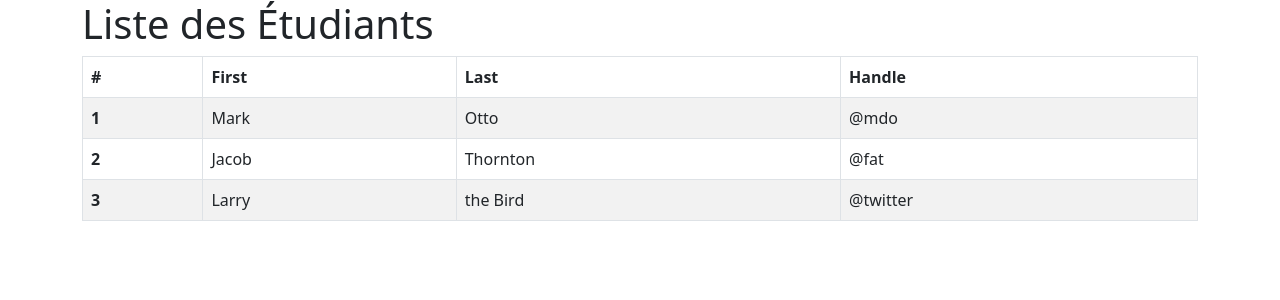
Repository: daniel10027/DJ-Spring
Page: http://localhost/students
These files come from the project's save history. The page is drawn as it stood at one moment and after the next save; the edit follows.
The browser window is 1280 px wide. The pictures show the whole page.
The page is this project's Thymeleaf template; nobody is signed in. The template is opened directly, without the code that normally fills it, so the values that code supplies are empty.

Above is the page before, as saved 2022-07-02 10:40:09.

After the next save:
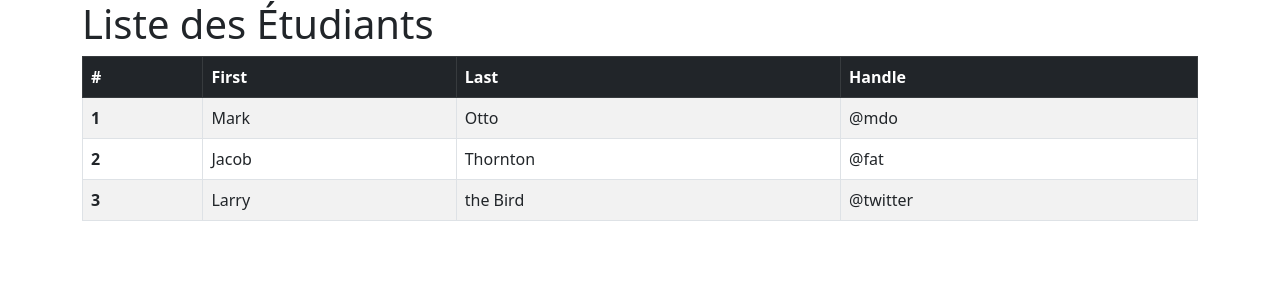
Saved 15 s later.
--- a/student-management-system/src/main/resources/templates/students.html
+++ b/student-management-system/src/main/resources/templates/students.html
@@ -13,7 +13,7 @@
 	   </div>
 
 	   <table class="table table-striped table-bordered">
-		  <thead class="thead-light">
+		  <thead class="table-dark">
 		    <tr>
 		      <th scope="col">#</th>
 		      <th scope="col">First</th>
